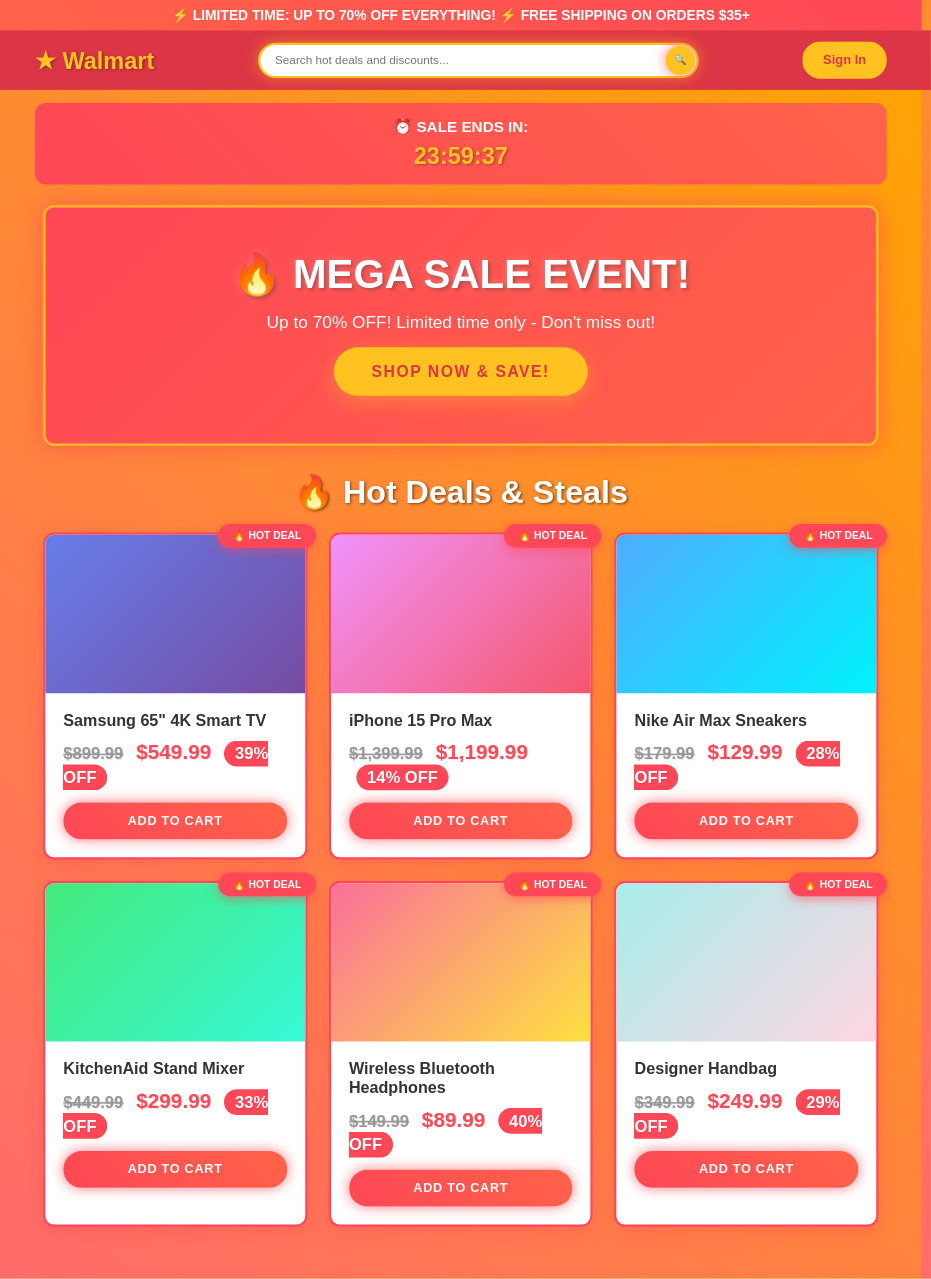
Repository: MrJunior10/Walmart-Hackathon
Page: templates/promo.html
These files come from the project's save history. The page is drawn as it stood at one moment and after the next save; the edit follows.
The browser window is 1280 px wide. The page is 1293 px wide, so the pictures cover 1293 px, including what lies to the right of the window. The pictures show the whole page, at 72% of full size.

Above is the page before, as saved 2025-07-03 18:36:26.

### templates/promo.html
<!DOCTYPE html>
<html lang="en">
<head>
    <meta charset="UTF-8">
    <meta name="viewport" content="width=device-width, initial-scale=1.0">
    <title>Walmart - 🔥 MEGA SALE EVENT!</title>
    <style>
        * {
            margin: 0;
            padding: 0;
            box-sizing: border-box;
        }

        body {
            font-family: 'Arial', sans-serif;
            background: linear-gradient(45deg, #ff6b6b, #ffa500);
            animation: promoGlow 3s ease-in-out infinite alternate;
            min-height: 100vh;
        }

        @keyframes promoGlow {
            0% { background: linear-gradient(45deg, #ff6b6b, #ffa500); }
            100% { background: linear-gradient(45deg, #ff4757, #ff6348); }
        }

        /* Header */
        header {
            background: #dc3545;
            color: white;
            padding: 15px 0;
            position: sticky;
            top: 0;
            z-index: 100;
            animation: pulse 2s infinite;
        }

        @keyframes pulse {
            0% { transform: scale(1); }
            50% { transform: scale(1.02); }
            100% { transform: scale(1); }
        }

        .header-content {
            max-width: 1200px;
            margin: 0 auto;
            display: flex;
            justify-content: space-between;
            align-items: center;
            padding: 0 20px;
        }

        .logo {
            font-size: 2em;
            font-weight: bold;
            color: #ffc220;
            text-shadow: 2px 2px 4px rgba(0,0,0,0.3);
        }

        .search-bar {
            flex: 1;
            max-width: 600px;
            margin: 0 30px;
            position: relative;
        }

        .search-bar input {
            width: 100%;
            padding: 12px 50px 12px 20px;
            border: 3px solid #ffc220;
            border-radius: 25px;
            font-size: 16px;
            outline: none;
            box-shadow: 0 0 20px rgba(255, 194, 32, 0.5);
        }

        .search-btn {
            position: absolute;
            right: 5px;
            top: 50%;
            transform: translateY(-50%);
            background: #ffc220;
            border: none;
            border-radius: 50%;
            width: 40px;
            height: 40px;
            cursor: pointer;
            display: flex;
            align-items: center;
            justify-content: center;
            animation: buttonGlow 1.5s ease-in-out infinite alternate;
        }

        .sign-in-btn {
            background: #ffc220;
            color: #dc3545;
            border: 3px solid #ffc220;
            padding: 12px 25px;
            border-radius: 25px;
            cursor: pointer;
            font-weight: bold;
            font-size: 1.1em;
            transition: all 0.3s ease;
            animation: bounce 2s ease-in-out infinite;
        }

        .sign-in-btn:hover {
            background: white;
            transform: scale(1.1);
        }

        @keyframes bounce {
            0%, 20%, 50%, 80%, 100% { transform: translateY(0); }
            40% { transform: translateY(-10px); }
            60% { transform: translateY(-5px); }
        }

        /* Sale Banner */
        .sale-banner {
            background: linear-gradient(45deg, #ff4757, #ff6348);
            color: white;
            text-align: center;
            padding: 10px;
            font-weight: bold;
            font-size: 1.2em;
            animation: flashBanner 1s ease-in-out infinite alternate;
        }

        @keyframes flashBanner {
            0% { background: linear-gradient(45deg, #ff4757, #ff6348); }
            100% { background: linear-gradient(45deg, #ff6348, #ff4757); }
        }

        /* Main Content */
        main {
            max-width: 1200px;
            margin: 0 auto;
            padding: 20px;
        }

        .hero-section {
            background: linear-gradient(135deg, #ff4757, #ff6348);
            color: white;
            margin-bottom: 40px;
            border-radius: 15px;
            overflow: hidden;
            position: relative;
            animation: flashy 2s ease-in-out infinite alternate;
            border: 3px solid #ffc220;
        }

        @keyframes flashy {
            0% { box-shadow: 0 0 20px rgba(255, 71, 87, 0.5); }
            100% { box-shadow: 0 0 40px rgba(255, 71, 87, 0.8); }
        }

        .hero-content {
            padding: 60px 40px;
            text-align: center;
            position: relative;
            z-index: 2;
        }

        .hero-title {
            font-size: 3.5em;
            font-weight: bold;
            margin-bottom: 20px;
            text-shadow: 3px 3px 6px rgba(0,0,0,0.3);
            animation: titleGlow 2s ease-in-out infinite alternate;
        }

        @keyframes titleGlow {
            0% { text-shadow: 3px 3px 6px rgba(0,0,0,0.3); }
            100% { text-shadow: 3px 3px 6px rgba(0,0,0,0.3), 0 0 20px rgba(255,255,255,0.5); }
        }

        .hero-subtitle {
            font-size: 1.5em;
            margin-bottom: 30px;
            opacity: 0.95;
            animation: subtitlePulse 3s ease-in-out infinite;
        }

        @keyframes subtitlePulse {
            0%, 100% { opacity: 0.95; }
            50% { opacity: 1; }
        }

        .cta-button {
            background: #ffc220;
            color: #dc3545;
            padding: 20px 50px;
            border: none;
            border-radius: 50px;
            font-size: 1.3em;
            font-weight: bold;
            cursor: pointer;
            transition: all 0.3s ease;
            text-transform: uppercase;
            letter-spacing: 2px;
            animation: ctaBounce 1s ease-in-out infinite alternate;
            box-shadow: 0 8px 25px rgba(255, 194, 32, 0.4);
        }

        @keyframes ctaBounce {
            0% { transform: translateY(0px) scale(1); }
            100% { transform: translateY(-8px) scale(1.05); }
        }

        .cta-button:hover {
            transform: translateY(-10px) scale(1.1);
            box-shadow: 0 15px 35px rgba(255, 194, 32, 0.6);
        }

        /* Section Title */
        .section-title {
            font-size: 2.8em;
            margin-bottom: 30px;
            text-align: center;
            font-weight: bold;
            color: white;
            text-shadow: 2px 2px 4px rgba(0,0,0,0.5);
            animation: titleBounce 2s ease-in-out infinite alternate;
        }

        @keyframes titleBounce {
            0% { transform: translateY(0px); }
            100% { transform: translateY(-5px); }
        }

        /* Products Grid */
        .products-grid {
            display: grid;
            grid-template-columns: repeat(auto-fit, minmax(300px, 1fr));
            gap: 30px;
            margin-bottom: 50px;
        }

        .product-card {
            background: white;
            border: 3px solid #ff4757;
            border-radius: 15px;
            overflow: visible;
            transition: all 0.3s ease;
            cursor: pointer;
            position: relative;
            box-shadow: 0 8px 25px rgba(255, 71, 87, 0.3);
            animation: cardFloat 3s ease-in-out infinite alternate;
        }

        @keyframes cardFloat {
            0% { transform: translateY(0px); }
            100% { transform: translateY(-10px); }
        }

        .product-card:hover {
            transform: translateY(-15px) scale(1.05);
            box-shadow: 0 15px 40px rgba(255, 71, 87, 0.5);
        }

        .product-card::before {
            content: "🔥 HOT DEAL";
            position: absolute;
            top: -15px;
            right: -15px;
            background: #ff4757;
            color: white;
            padding: 8px 20px;
            border-radius: 20px;
            font-size: 0.9em;
            font-weight: bold;
            z-index: 10;
            animation: badgeGlow 2s ease-in-out infinite alternate;
            box-shadow: 0 4px 15px rgba(255, 71, 87, 0.4);
        }

        @keyframes badgeGlow {
            0% { box-shadow: 0 4px 15px rgba(255, 71, 87, 0.4); }
            100% { box-shadow: 0 4px 15px rgba(255, 71, 87, 0.8); }
        }

        .product-image {
            width: 100%;
            height: 220px;
            background-size: cover;
            background-position: center;
            position: relative;
            border-radius: 12px 12px 0 0;
        }

        .product-info {
            padding: 25px;
        }

        .product-title {
            font-size: 1.4em;
            font-weight: bold;
            margin-bottom: 15px;
            color: #333;
        }

        .product-price {
            font-size: 1.8em;
            font-weight: bold;
            margin-bottom: 20px;
            color: #ff4757;
            text-shadow: 1px 1px 2px rgba(0,0,0,0.1);
        }

        .original-price {
            font-size: 0.8em;
            text-decoration: line-through;
            color: #999;
            margin-right: 10px;
        }

        .discount-badge {
            background: #ff4757;
            color: white;
            padding: 5px 15px;
            border-radius: 20px;
            font-size: 0.8em;
            font-weight: bold;
            margin-left: 10px;
        }

        .product-btn {
            width: 100%;
            padding: 15px;
            border: none;
            border-radius: 25px;
            font-weight: bold;
            font-size: 1.1em;
            cursor: pointer;
            transition: all 0.3s ease;
            background: linear-gradient(45deg, #ff4757, #ff6348);
            color: white;
            animation: buttonGlow 1.5s ease-in-out infinite alternate;
            text-transform: uppercase;
            letter-spacing: 1px;
        }

        @keyframes buttonGlow {
            0% { box-shadow: 0 0 10px rgba(255, 71, 87, 0.5); }
            100% { box-shadow: 0 0 20px rgba(255, 71, 87, 0.8); }
        }

        .product-btn:hover {
            transform: translateY(-3px);
            box-shadow: 0 10px 25px rgba(255, 71, 87, 0.6);
        }

        /* Urgency Timer */
        .urgency-timer {
            background: linear-gradient(45deg, #ff4757, #ff6348);
            color: white;
            padding: 20px;
            border-radius: 15px;
            text-align: center;
            margin-bottom: 30px;
            animation: timerPulse 1s ease-in-out infinite alternate;
        }

        @keyframes timerPulse {
            0% { transform: scale(1); }
            100% { transform: scale(1.02); }
        }

        .timer-text {
            font-size: 1.3em;
            font-weight: bold;
            margin-bottom: 10px;
        }

        .timer-display {
            font-size: 2em;
            font-weight: bold;
            color: #ffc220;
            text-shadow: 2px 2px 4px rgba(0,0,0,0.3);
        }

        /* Responsive Design */
        @media (max-width: 768px) {
            .header-content {
                flex-direction: column;
                gap: 15px;
            }

            .search-bar {
                margin: 0;
                max-width: 100%;
            }

            .hero-title {
                font-size: 2.5em;
            }

            .products-grid {
                grid-template-columns: 1fr;
            }

            .product-card::before {
                top: -10px;
                right: -10px;
                font-size: 0.8em;
                padding: 5px 15px;
            }
        }
    </style>
</head>
<body>
    <div class="sale-banner">
        ⚡ LIMITED TIME: UP TO 70% OFF EVERYTHING! ⚡ FREE SHIPPING ON ORDERS $35+
    </div>

    <header>
        <div class="header-content">
            <div class="logo">★ Walmart</div>
            <div class="search-bar">
                <input type="text" placeholder="Search hot deals and discounts...">
                <button class="search-btn">🔍</button>
            </div>
            <button class="sign-in-btn">Sign In</button>
        </div>
    </header>

    <main>
        <div class="urgency-timer">
            <div class="timer-text">⏰ SALE ENDS IN:</div>
            <div class="timer-display" id="countdown">23:59:42</div>
        </div>

        <section class="hero-section">
            <div class="hero-content">
                <h1 class="hero-title">🔥 MEGA SALE EVENT!</h1>
                <p class="hero-subtitle">Up to 70% OFF! Limited time only - Don't miss out!</p>
                <button class="cta-button">Shop Now & Save!</button>
            </div>
        </section>

        <section>
            <h2 class="section-title">🔥 Hot Deals & Steals</h2>

            <div class="products-grid">
                <div class="product-card">
                    <div class="product-image" style="background: linear-gradient(135deg, #667eea 0%, #764ba2 100%)"></div>
                    <div class="product-info">
                        <h3 class="product-title">Samsung 65" 4K Smart TV</h3>
                        <p class="product-price">
                            <span class="original-price">$899.99</span>
                            $549.99
                            <span class="discount-badge">39% OFF</span>
                        </p>
                        <button class="product-btn">Add to Cart</button>
                    </div>
                </div>

                <div class="product-card">
                    <div class="product-image" style="background: linear-gradient(135deg, #f093fb 0%, #f5576c 100%)"></div>
                    <div class="product-info">
                        <h3 class="product-title">iPhone 15 Pro Max</h3>
                        <p class="product-price">
                            <span class="original-price">$1,399.99</span>
                            $1,199.99
                            <span class="discount-badge">14% OFF</span>
                        </p>
                        <button class="product-btn">Add to Cart</button>
                    </div>
                </div>

                <div class="product-card">
                    <div class="product-image" style="background: linear-gradient(135deg, #4facfe 0%, #00f2fe 100%)"></div>
                    <div class="product-info">
                        <h3 class="product-title">Nike Air Max Sneakers</h3>
                        <p class="product-price">
                            <span class="original-price">$179.99</span>
                            $129.99
                            <span class="discount-badge">28% OFF</span>
                        </p>
                        <button class="product-btn">Add to Cart</button>
                    </div>
                </div>

                <div class="product-card">
                    <div class="product-image" style="background: linear-gradient(135deg, #43e97b 0%, #38f9d7 100%)"></div>
                    <div class="product-info">
                        <h3 class="product-title">KitchenAid Stand Mixer</h3>
                        <p class="product-price">
                            <span class="original-price">$449.99</span>
                            $299.99
                            <span class="discount-badge">33% OFF</span>
                        </p>
                        <button class="product-btn">Add to Cart</button>
                    </div>
                </div>

                <div class="product-card">
                    <div class="product-image" style="background: linear-gradient(135deg, #fa709a 0%, #fee140 100%)"></div>
                    <div class="product-info">
                        <h3 class="product-title">Wireless Bluetooth Headphones</h3>
                        <p class="product-price">
                            <span class="original-price">$149.99</span>
                            $89.99
                            <span class="discount-badge">40% OFF</span>
                        </p>
                        <button class="product-btn">Add to Cart</button>
                    </div>
                </div>

                <div class="product-card">
                    <div class="product-image" style="background: linear-gradient(135deg, #a8edea 0%, #fed6e3 100%)"></div>
                    <div class="product-info">
                        <h3 class="product-title">Designer Handbag</h3>
                        <p class="product-price">
                            <span class="original-price">$349.99</span>
                            $249.99
                            <span class="discount-badge">29% OFF</span>
                        </p>
                        <button class="product-btn">Add to Cart</button>
                    </div>
                </div>
            </div>
        </section>
    </main>

    <script>
        // Countdown timer
        function updateCountdown() {
            const countdownElement = document.getElementById('countdown');
            let [hours, minutes, seconds] = countdownElement.textContent.split(':').map(Number);

            seconds--;
            if (seconds < 0) {
                seconds = 59;
                minutes--;
                if (minutes < 0) {
                    minutes = 59;
                    hours--;
                    if (hours < 0) {
                        hours = 23;
                    }
                }
            }

            countdownElement.textContent =
                `${hours.toString().padStart(2, '0')}:${minutes.toString().padStart(2, '0')}:${seconds.toString().padStart(2, '0')}`;
        }

        // Update countdown every second
        setInterval(updateCountdown, 1000);

        // Add click effects to buttons
        document.querySelectorAll('.product-btn').forEach(btn => {
            btn.addEventListener('click', function() {
                this.style.transform = 'scale(0.95)';
                setTimeout(() => {
                    this.style.transform = '';
                }, 150);
            });
        });
    </script>
</body>
</html>

After the next save:
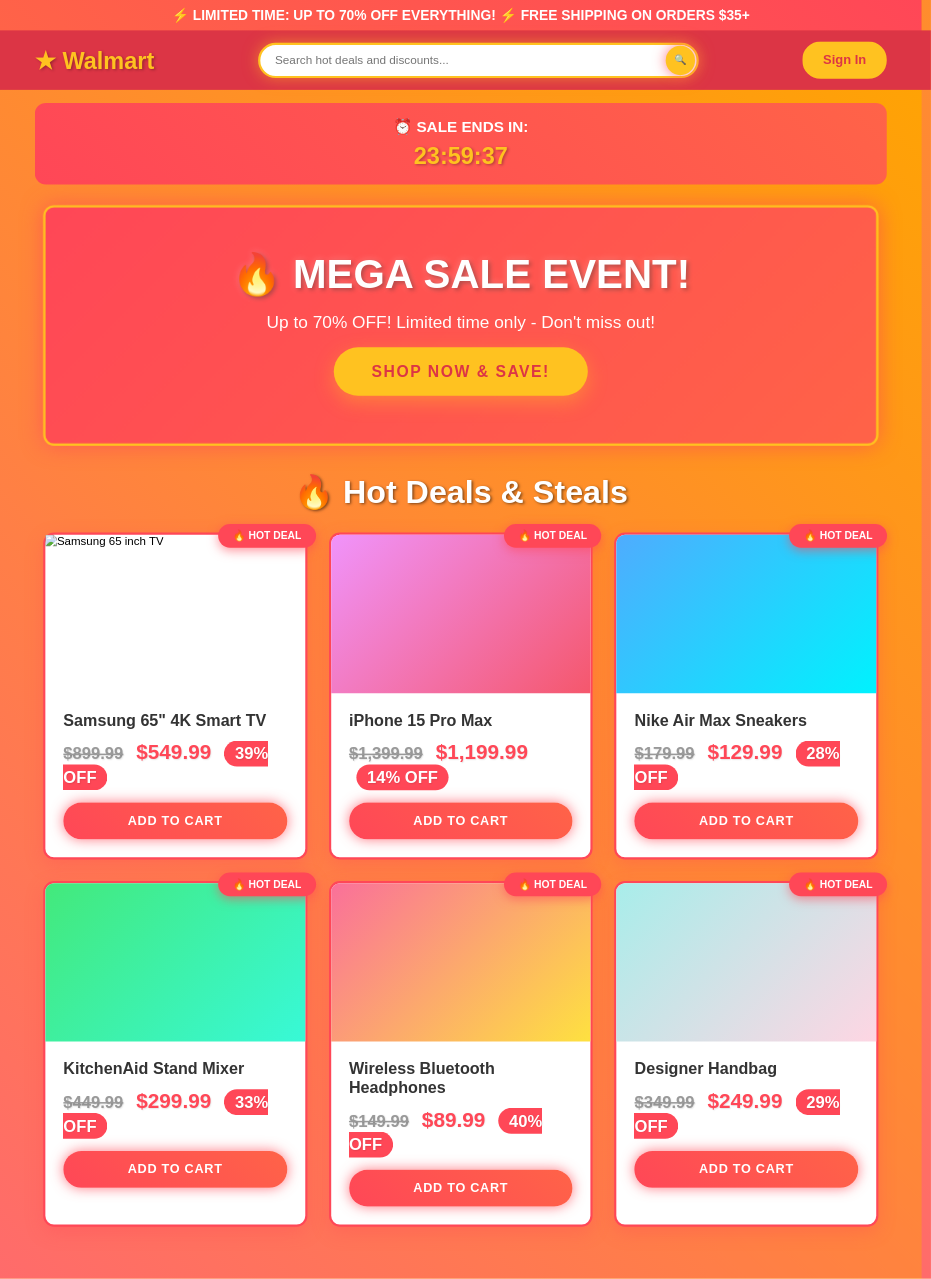
Not found: templates/images/tv.png
Saved 9 min 53 s later.
--- a/templates/promo.html
+++ b/templates/promo.html
@@ -442,7 +442,7 @@
 
             <div class="products-grid">
                 <div class="product-card">
-                    <div class="product-image" style="background: linear-gradient(135deg, #667eea 0%, #764ba2 100%)"></div>
+                    <div class="product-image"> <img src="images/tv.png" alt="Samsung 65 inch TV"></div>
                     <div class="product-info">
                         <h3 class="product-title">Samsung 65" 4K Smart TV</h3>
                         <p class="product-price">
